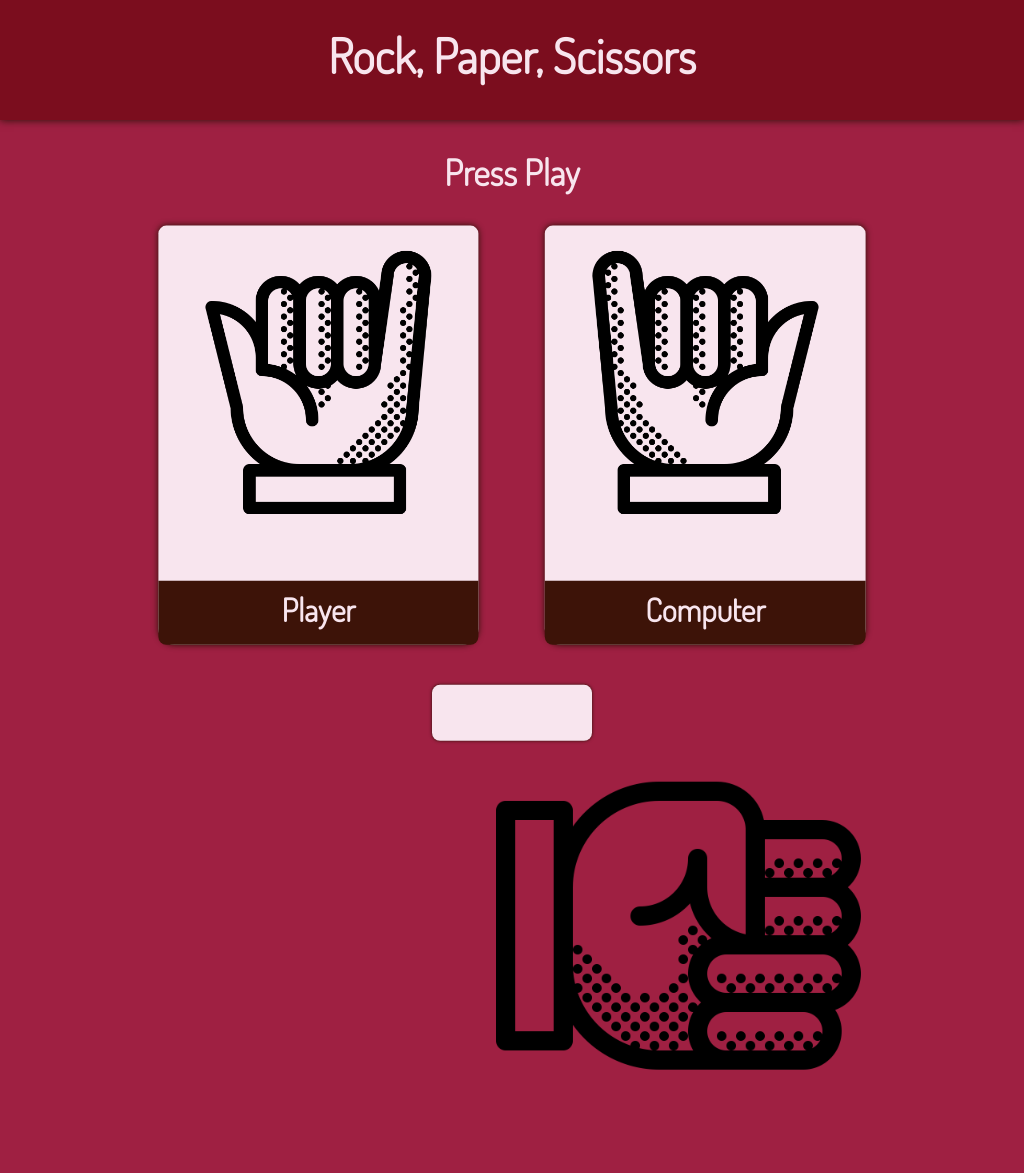
Repository: shayanabedi98/rock-paper-scissors
Page: index.html
An editor plug-in stored every save of this project. The page is shown before and after the next save, followed by the edit.
The browser window is 1280 px wide. The pictures show the whole page, at 80% of full size.

Above is the page before, as saved 2023-07-13 22:55:54.
Console error: TypeError: Cannot read properties of null (reading 'addEventListener')

### index.html
<!DOCTYPE html>
<html lang="en">
<head>
    <meta charset="UTF-8">
    <meta name="viewport" content="width=device-width, initial-scale=1.0">
    <title>Rock, Paper, Scissors</title>
    <link rel="preconnect" href="https://fonts.googleapis.com">
    <link rel="preconnect" href="https://fonts.gstatic.com" crossorigin>
    <link href="https://fonts.googleapis.com/css2?family=Dosis:wght@300&display=swap" rel="stylesheet">
    <link rel="stylesheet" href="styles.css">
</head>
<body>
    <div class="header">
        <h1>Rock, Paper, Scissors</h1>
    </div>
    <div class="caption">
        <h2>Press Play</h2>
    </div>
    <div class="container">
        <div class="card">
            <div class="player1">
                <img src="resources/startleft.png" alt="Starting image before game">
                <h3>Player</h3>
            </div>
        </div>
        <div class="card">
            <div class="computer">
                <img src="resources/start.png" alt="Starting image before game">
                <h3>Computer</h3>
            </div>
        </div>
    </div>
    <div class="button-container">
        <button id="rock"><img src="resources/rockleft.png" alt="rock option"></button>
    </div>
    <script src="index.js"></script>
</body>
</html>

### styles.css
body {
    font-family:'Dosis', sans-serif;
    margin: 0;
    padding: 0;
    background-color: #9F2042;
    color: #F8E5EE;
}

h1 {
    font-size: 60px;
    margin-top: 0;

}

.header {
    text-align: center;
    background-color: #7B0D1E;
    height: 120px;
    padding-top: 30px;
    box-shadow: 0 0 10px 0 #211103;
}

.caption {
    text-align: center;
    font-size: 30px;
}

.container {
    text-align: center;
    display: block;
    margin-top: 30px;
}

.card {
    display: inline-block;
    background-color: #F8E5EE;
    box-shadow: 0 0 8px 0 #211103;
    margin: 0 40px;
    border-radius: 10px 10px 20px 20px;
}

.card img {
    height: 400px;
}

.card h3 {
    font-size: 40px;
    color: #F8E5EE;
    background-color: #3D1308;
    margin-bottom: 0;
    height: 70px;
    padding-top: 10px;
    border-radius: 0  0 10px 10px;
}

.button-container {
    text-align: center;
    margin-top: 50px;
}

#rock {
    font-family: 'Dosis', sans-serif;
    background-color: #F8E5EE;
    color: #211103;
    width: 200px;
    height: 70px;
    cursor: pointer;
    border: 0;
    border-radius: 10px;
    box-shadow: 0 0 4px 0 #211103;
}

#btn:active {
    box-shadow: none;
    font-size: 38px;
    width: 195px;
    height: 65px;
}

### index.js
var scoreP = 0;
var scoreC = 0;
var caption = document.querySelector('.caption h2');
var btn = document.querySelector('#btn');

function rng1() {
    return (Math.floor(Math.random() * 3) + 1);
};

function rng2() {
    return (Math.floor(Math.random() * 3) + 1);
};

btn.addEventListener('click', function() {
    rng1();
    rng2();

    if (rng1 === 1) {

    }
})

After the next save:
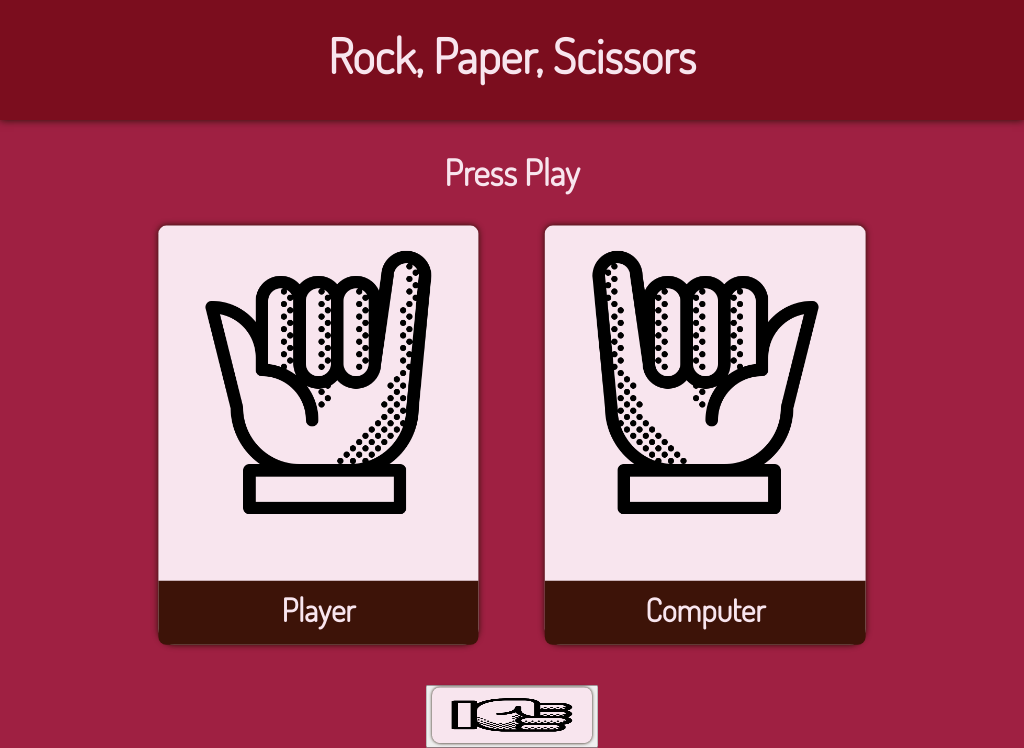
Saved 17 s later.
--- a/styles.css
+++ b/styles.css
@@ -58,7 +58,7 @@
     margin-top: 50px;
 }
 
-#rock {
+#rock img{
     font-family: 'Dosis', sans-serif;
     background-color: #F8E5EE;
     color: #211103;

After the save that followed:
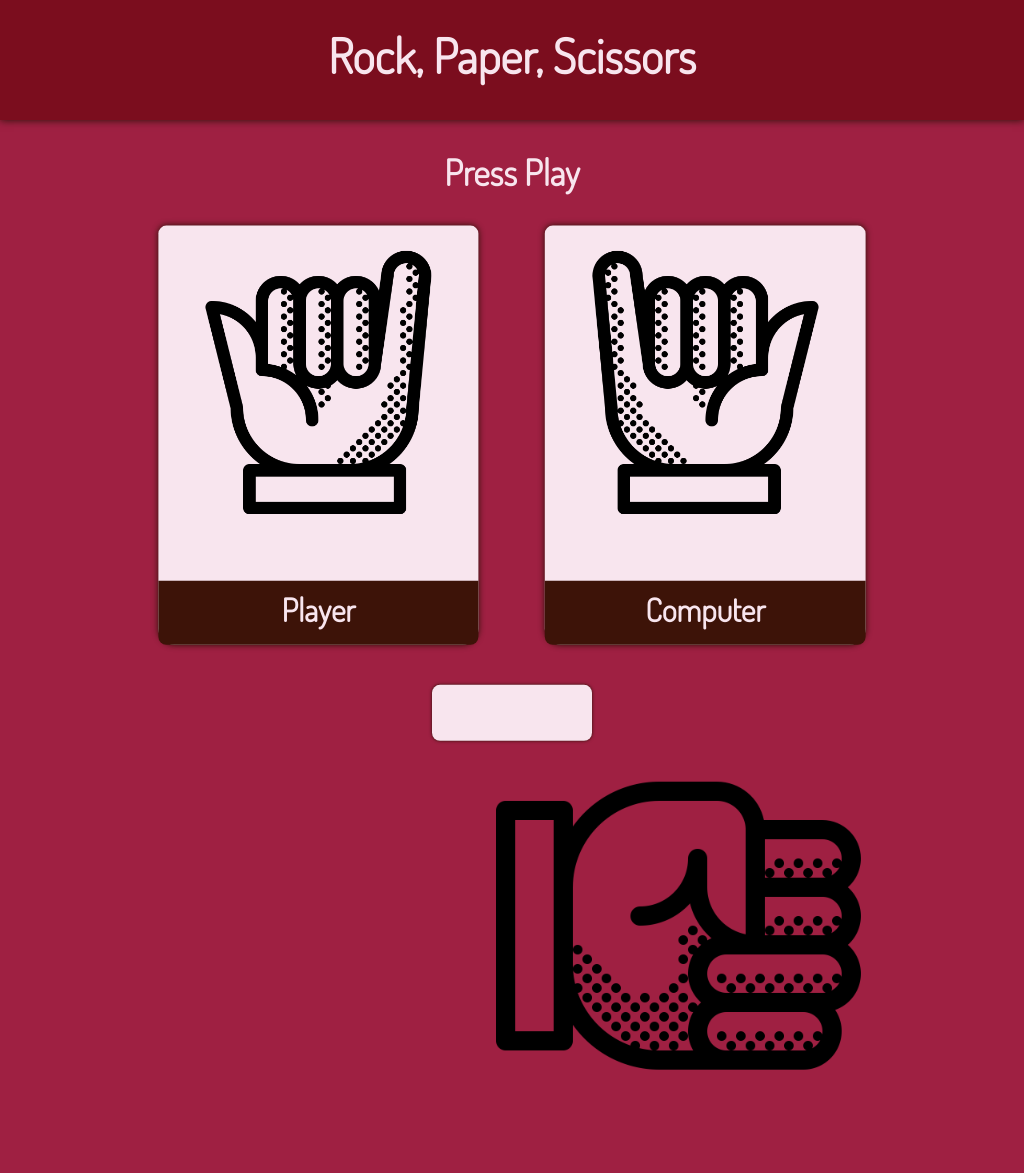
Saved 12 s later.
--- a/styles.css
+++ b/styles.css
@@ -58,7 +58,7 @@
     margin-top: 50px;
 }
 
-#rock img{
+#rock {
     font-family: 'Dosis', sans-serif;
     background-color: #F8E5EE;
     color: #211103;
